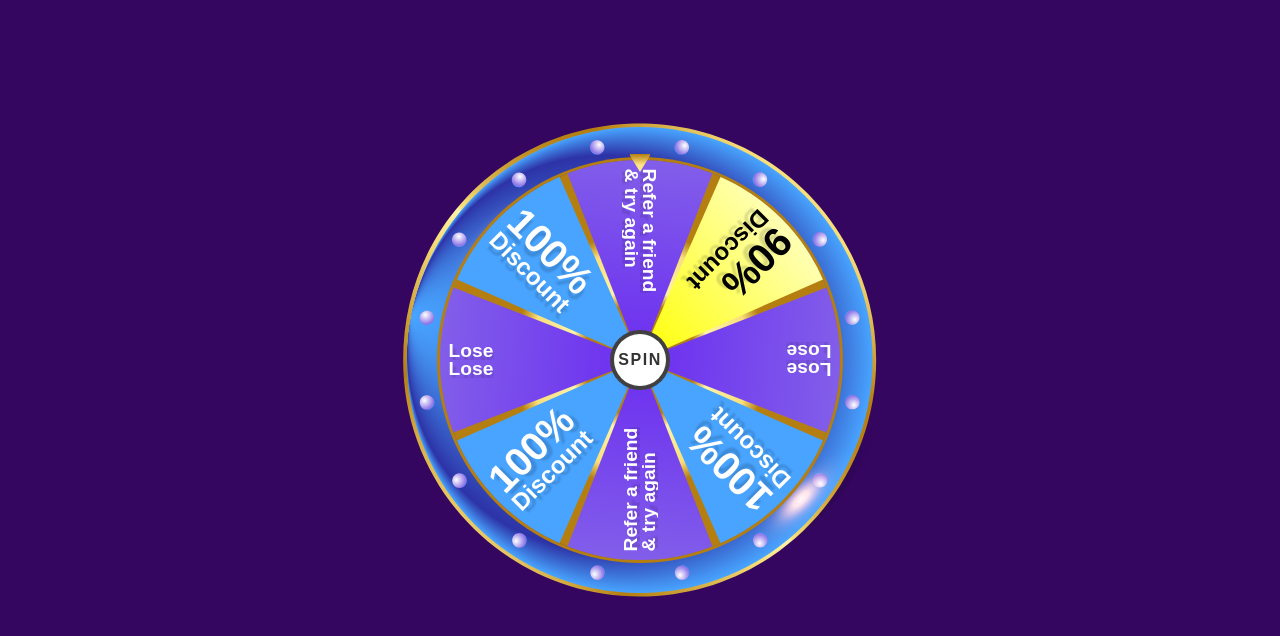
Repository: Jacques-Jaki-Morkel/FundedMarketplace_WheelofFortune
Page: index.html
These files come from the project's save history. The page is drawn as it stood at one moment and after the next save; the edit follows.
The browser window is 1280 px wide. The pictures show the whole page.

Above is the page before, as saved 2025-08-14 14:27:37.

### index.html
<!DOCTYPE html>
<html lang="en">

<head>
    <meta charset="UTF-8">
    <meta name="viewport" content="width=device-width, initial-scale=1.0">
    <title>Wheel of Fortune - Funded Marketplace</title>
    <link rel="stylesheet" href="styles.css">
</head>

<body>
    <div class="container">
        <div class="spinBtn">
            SPIN
        </div>
        <img class="wheel-frame" src="assets/rings.svg" alt="wheel rings">
        <div class="wheel">
            <div class="number" style=" --i:1 ;">
                <span>
                    <div class="sliceTextGroup">
                        <h2 class="mediumSliceText">Refer a friend</h2>
                        <h3 class="mediumSliceText">& try again</h3>
                    </div>
                </span>
            </div>
            <div class="number" style=" --i:2 ;--clr2: linear-gradient(var(--angle), white, yellow);">
                <span class="ulitmatePrize">
                    <div class="sliceTextGroup">
                        <h2 class="largeSliceText">90%</h2>
                        <h3 class="smallSliceText">Discount</h3>
                    </div>
                </span>
            </div>
            <div class="number" style=" --i:3 ;">
                <span>
                    <div class="sliceTextGroup">
                        <h2 class="mediumSliceText">Lose</h2>
                        <h3 class="mediumSliceText">Lose</h3>
                    </div>
                </span>
            </div>
            <div class="number"
                style=" --i:4 ;--clr2: linear-gradient(var(--angle), #8b72e7 0%, #48a4ff 7%, #48a4ff 89%,  #3638ad 100%);">
                <span>
                    <div class="sliceTextGroup">
                        <h2 class="largeSliceText">100%</h2>
                        <h3 class="smallSliceText">Discount</h3>
                    </div>
                </span>

            </div>
            <div class="number" style=" --i:5 ;">
                <span>
                    <div class="sliceTextGroup">
                        <h2 class="mediumSliceText">Refer a friend</h2>
                        <h3 class="mediumSliceText">& try again</h3>
                    </div>
                </span>

            </div>
            <div class="number"
                style=" --i:6 ;--clr2: linear-gradient(var(--angle), #8b72e7 0%, #48a4ff 7%, #48a4ff 89%,  #3638ad 100%);">
                <span>
                    <div class="sliceTextGroup">
                        <h2 class="largeSliceText">100%</h2>
                        <h3 class="smallSliceText">Discount</h3>
                    </div>
                </span>

            </div>
            <div class="number" style=" --i:7 ;">
                <span>
                    <div class="sliceTextGroup">
                        <h2 class="mediumSliceText">Lose</h2>
                        <h3 class="mediumSliceText">Lose</h3>
                    </div>
                </span>

            </div>
            <div class="number"
                style=" --i:8 ;--clr2: linear-gradient(var(--angle), #8b72e7 0%, #48a4ff 7%, #48a4ff 89%,  #3638ad 100%);">
                <span>
                    <div class="sliceTextGroup">
                        <h2 class="largeSliceText">100%</h2>
                        <h3 class="smallSliceText">Discount</h3>
                    </div>
                </span>

            </div>
        </div>
        <div>
            <script src="script.js"></script>
</body>

</html>

### styles.css
* {
    margin: 0;
    padding: 0;
    box-sizing: border-box;
    font-family: 'Poppins', sans-serif;
}

body {
    display: flex;
    justify-content: center;
    align-items: center;
    min-height: 100vh;
    background: rgb(52, 6, 96);
}

.container {
    position: relative;
    width: 400px;
    height: 400px;
    display: flex;
    justify-content: center;
    align-items: center;
}

.container .spinBtn {
    position: absolute;
    width: 60px;
    height: 60px;
    background: #fff;
    border-radius: 50%;
    z-index: 10;
    display: flex;
    justify-content: center;
    align-items: center;
    text-transform: uppercase;
    font-weight: 600;
    color: #333;
    letter-spacing: 0.1em;
    border: 4px solid rgba(0, 0, 0, 0.75);
    cursor: pointer;
    user-select: none;
}

.container .spinBtn::before {
    content: '';
    position: absolute;
    top: -180px;
    width: 20px;
    transform: rotate(180DEG);
    height: 30px;
    background: linear-gradient(#b57e10  ,#fff3a6 , #f9df7b , #b57e10 );
    clip-path: polygon(50% 40%, -5% 100%, 105% 100%);
}

.container .wheel {
    position: absolute;
    top: 50%;
    left: 50%;
    width: 100%;
    height: 100%;
    inset: 0;
    border-radius: 50%;
    overflow: hidden; /* keeps slices inside the wheel */
    z-index: 2; /* above frame */
    background: radial-gradient(#b57e10 20%, #fff3a6 25%, #f9df7b 39%, #b57e10 45%);
     box-shadow: 0 0 0 3px rgba(181, 126, 16, 1)


}

.wheel-frame {
    position: absolute;
    top: 50%;
    left: 50%;
    width: 170%; /* bigger than wheel */
    height: 170%;
    transform: translate(-50%, -50%);
    z-index: 1; /* behind the wheel */
    pointer-events: none; /* allows clicking wheel slices */
}


.container .wheel .number {
    position: absolute;
    width: 50%;
    height: 50%;
    background:var(--clr2, linear-gradient(var(--angle), #8b72e7, #6b2df0));
    --angle: 140deg;
    transform-origin: bottom right;
    transform: rotate(calc(45deg * var(--i)));
    clip-path: polygon(0 0, 56% 0, 100% 100%, 0 56%);
    display: flex;
    justify-content: center;
    align-items: center;
    user-select: none;
    cursor: pointer;
}

.container .wheel .number span {
    position: relative;
    transform: rotate(45deg);
    color: #fff;
    font-size: 2em;
    font-weight: 700;
    text-shadow: 3px 5px 2px rgba(0, 0, 0, 0.15);
}
.ulitmatePrize{
    position: relative;
    transform: rotate(45deg);
    color: #000 !important;
    font-size: 2em;
    font-weight: 700;
    text-shadow: 3px 5px 2px rgba(0, 0, 0, 0.15);
}
.sliceTextGroup {
    display: flex;
    width: 100px;
    flex-direction: column;
    align-items: flex-start;
}
.smallSliceText {
    font-size: 0.75em;
}
.largeSliceText {
    font-size: 1.25em;
   line-height: 32px;
}
.mediumSliceText {
    font-size: 0.6em;
    line-height: 18px;
    white-space: nowrap;       /* prevents wrapping / ignores line breaks */
    overflow: hidden;          /* hides overflow */
    text-overflow: clip;       /* just clips overflowing text */
}


/* .container .wheel .number span::after {
    content: '$';
    padding-left: 5px;
    position: absolute;
    font-size: 0.75em;
    font-weight: 500;
} */

### script.js
const wheel = document.querySelector('.wheel');
const spinButton = document.querySelector('.spinBtn');
const value = Math.ceil(Math.random() * 360);

spinButton.addEventListener('click', () => {
    const rotations = Math.max(Math.random() * 100, 15); // Ensure at least 15 full rotations
    const randomDegree = Math.floor(Math.random() * (360*rotations)) + 720; // Ensure at least two full rotations
    const finalDegree = value + randomDegree;

    wheel.style.transition = 'transform 5s ease-in-out';
    wheel.style.transform = `rotate(${finalDegree}deg)`;

//     spin styles
//     cubic-bezier(0.33, 1, 0.68, 1)
})

After the next save:
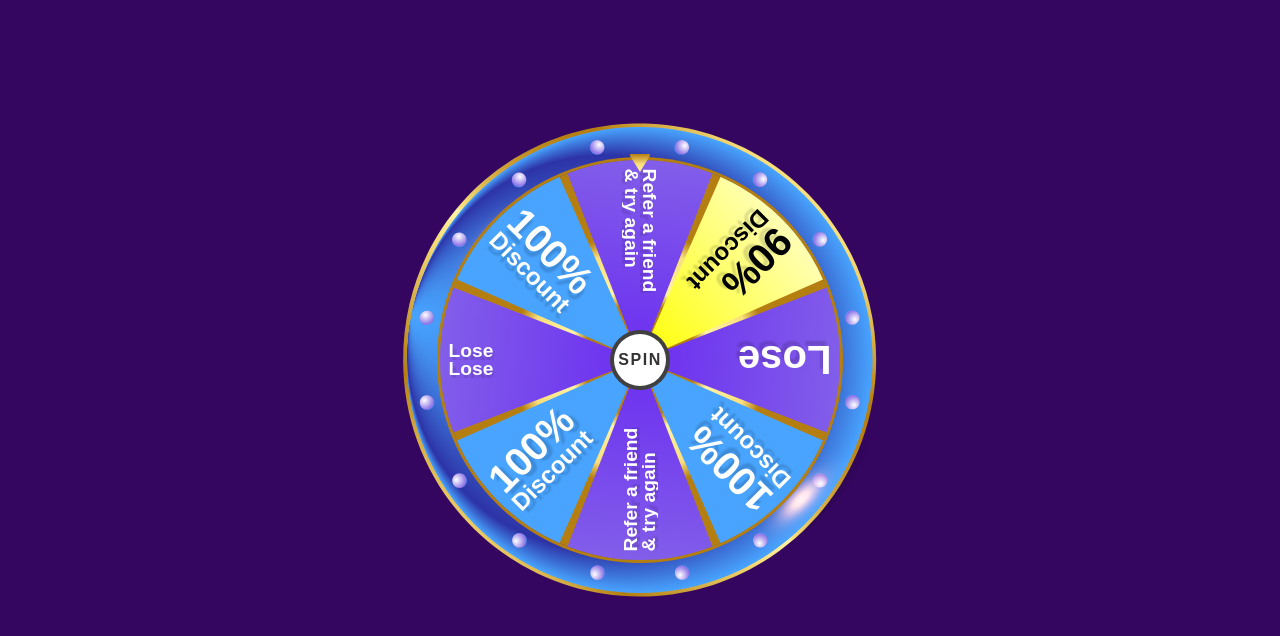
Saved 17 s later.
--- a/index.html
+++ b/index.html
@@ -34,8 +34,8 @@
             <div class="number" style=" --i:3 ;">
                 <span>
                     <div class="sliceTextGroup">
-                        <h2 class="mediumSliceText">Lose</h2>
-                        <h3 class="mediumSliceText">Lose</h3>
+                        <h2 class="largeSliceText">Lose</h2>
+
                     </div>
                 </span>
             </div>
